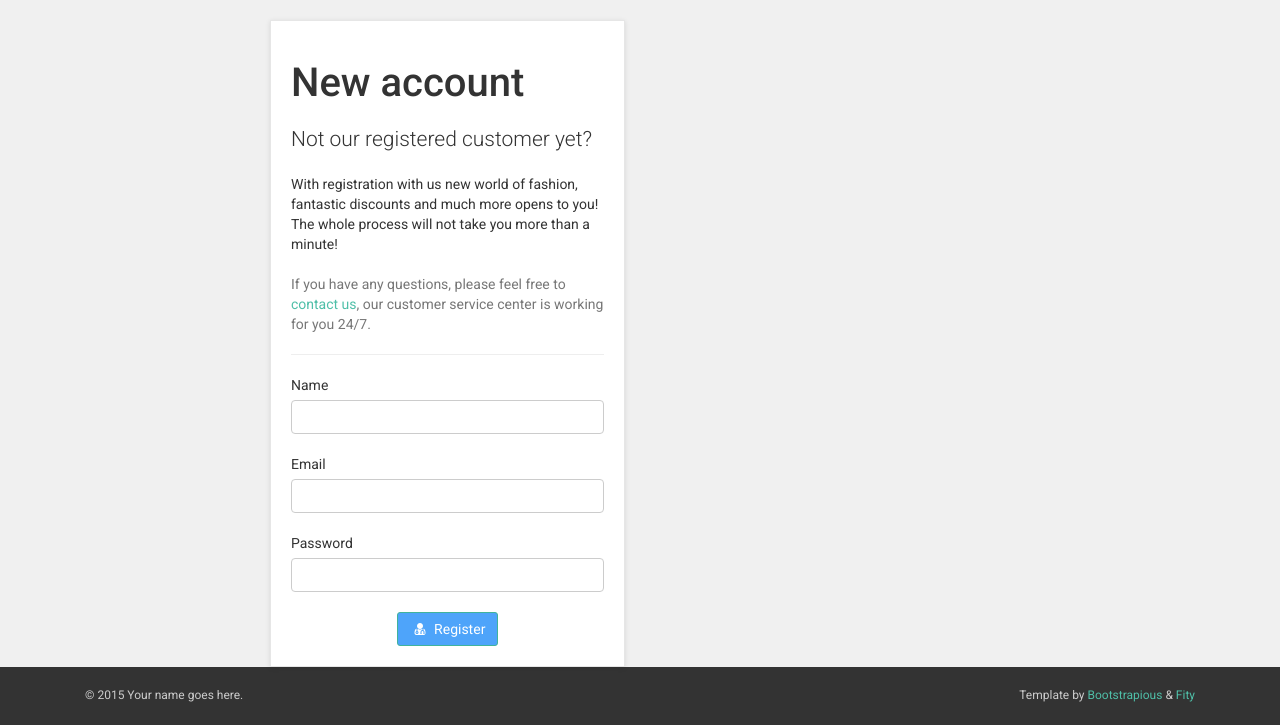
Repository: Sagnikb9/JavaDevops-Ecommerce
Page: http://localhost/MedioxyPharm/register
These files come from the project's save history. The page is drawn as it stood at one moment and after the next save; the edit follows.
The browser window is 1280 px wide. The pictures show the whole page.
The page is served by Tomcat 9. Other server files are loaded and not shown.

Above is the page before, as saved 2017-10-01 23:21:51.

### MedioxyPharm/src/main/webapp/WEB-INF/dispatcher-servlet.xml
<beans xmlns="http://www.springframework.org/schema/beans"
        xmlns:mvc="http://www.springframework.org/schema/mvc"
        xmlns:xsi="http://www.w3.org/2001/XMLSchema-instance"
        xmlns:context="http://www.springframework.org/schema/context"
        xsi:schemaLocation="
                http://www.springframework.org/schema/beans
                http://www.springframework.org/schema/beans/spring-beans.xsd
                http://www.springframework.org/schema/mvc
                http://www.springframework.org/schema/mvc/spring-mvc.xsd
                http://www.springframework.org/schema/context
                http://www.springframework.org/schema/context/spring-context.xsd">


        <mvc:annotation-driven enable-matrix-variables="true"/>
        <context:component-scan base-package="controller"/>

   <bean id="jspViewResolver" class="org.springframework.web.servlet.view.InternalResourceViewResolver">

        <property name="prefix" value="/WEB-INF/views/"/>
        <property name="suffix" value=".jsp"/>

   </bean>
   <mvc:default-servlet-handler />

</beans>

### MedioxyPharm/src/main/webapp/WEB-INF/views/register.jsp
<!DOCTYPE html>
<html lang="en">

<head>

    <meta charset="utf-8">
    <meta name="robots" content="all,follow">
    <meta name="googlebot" content="index,follow,snippet,archive">
    <meta name="viewport" content="width=device-width, initial-scale=1">
    <meta name="description" content="Obaju e-commerce template">
    <meta name="author" content="Ondrej Svestka | ondrejsvestka.cz">
    <meta name="keywords" content="">

    <title>
        MedioxyPharm
    </title>

    <meta name="keywords" content="">

    <link href='http://fonts.googleapis.com/css?family=Roboto:400,500,700,300,100' rel='stylesheet' type='text/css'>

    <!-- styles -->
    <link href="css/font-awesome.css" rel="stylesheet">
    <link href="css/bootstrap.min.css" rel="stylesheet">
    <link href="css/animate.min.css" rel="stylesheet">
    <link href="css/owl.carousel.css" rel="stylesheet">
    <link href="css/owl.theme.css" rel="stylesheet">

    <!-- theme stylesheet -->
    <link href="css/style.default.css" rel="stylesheet" id="theme-stylesheet">

    <!-- your stylesheet with modifications -->
    <link href="css/custom.css" rel="stylesheet">

    <script src="js/respond.min.js"></script>

    <link rel="shortcut icon" href="favicon.png">



</head>

<body>

<br>







    <!-- *** NAVBAR END *** -->

    <div id="all">

        <div id="content">
            <div class="container" style="width:800px; margin: 0 auto">


                <div class="col-md-6">
                    <div class="box">
                        <h1>New account</h1>

                        <p class="lead">Not our registered customer yet?</p>
                        <p>With registration with us new world of fashion, fantastic discounts and much more opens to you! The whole process will not take you more than a minute!</p>
                        <p class="text-muted">If you have any questions, please feel free to <a href="contact.html">contact us</a>, our customer service center is working for you 24/7.</p>

                        <hr>

                        <form action="customer-orders.html" method="post">
                            <div class="form-group">
                                <label for="name">Name</label>
                                <input type="text" class="form-control" id="name">
                            </div>
                            <div class="form-group">
                                <label for="email">Email</label>
                                <input type="text" class="form-control" id="email">
                            </div>
                            <div class="form-group">
                                <label for="password">Password</label>
                                <input type="password" class="form-control" id="password">
                            </div>
                            <div class="text-center">
                                <button type="submit" class="btn btn-primary"><i class="fa fa-user-md"></i> Register</button>
                            </div>
                        </form>
                    </div>
                </div>




            </div>
            <!-- /.container -->
        </div>
        <!-- /#content -->







        <!-- *** COPYRIGHT ***
 _________________________________________________________ -->
        <div id="copyright">
            <div class="container">
                <div class="col-md-6">
                    <p class="pull-left">© 2015 Your name goes here.</p>

                </div>
                <div class="col-md-6">
                    <p class="pull-right">Template by <a href="https://bootstrapious.com/e-commerce-templates">Bootstrapious</a> & <a href="https://fity.cz">Fity</a>
                         <!-- Not removing these links is part of the license conditions of the template. Thanks for understanding :) If you want to use the template without the attribution links, you can do so after supporting further themes development at https://bootstrapious.com/donate  -->
                    </p>
                </div>
            </div>
        </div>
        <!-- *** COPYRIGHT END *** -->



    </div>
    <!-- /#all -->




    <!-- *** SCRIPTS TO INCLUDE ***
 _________________________________________________________ -->
    <script src="js/jquery-1.11.0.min.js"></script>
    <script src="js/bootstrap.min.js"></script>
    <script src="js/jquery.cookie.js"></script>
    <script src="js/waypoints.min.js"></script>
    <script src="js/modernizr.js"></script>
    <script src="js/bootstrap-hover-dropdown.js"></script>
    <script src="js/owl.carousel.min.js"></script>
    <script src="js/front.js"></script>



</body>

</html>

Loaded but not shown: MedioxyPharm/src/main/webapp/css/font-awesome.css (library); MedioxyPharm/src/main/webapp/css/bootstrap.min.css (library); MedioxyPharm/src/main/webapp/css/animate.min.css (library); MedioxyPharm/src/main/webapp/css/owl.carousel.css (common file); MedioxyPharm/src/main/webapp/css/owl.theme.css (common file); MedioxyPharm/src/main/webapp/css/custom.css (common file); MedioxyPharm/src/main/webapp/js/respond.min.js (library); MedioxyPharm/src/main/webapp/js/jquery-1.11.0.min.js (library); MedioxyPharm/src/main/webapp/js/bootstrap.min.js (library); MedioxyPharm/src/main/webapp/js/jquery.cookie.js (library); MedioxyPharm/src/main/webapp/js/waypoints.min.js (library); MedioxyPharm/src/main/webapp/js/modernizr.js (library); MedioxyPharm/src/main/webapp/js/bootstrap-hover-dropdown.js (library); MedioxyPharm/src/main/webapp/js/owl.carousel.min.js (library); MedioxyPharm/src/main/webapp/js/front.js (237 lines, source omitted); MedioxyPharm/src/main/webapp/css/style.default.css (1677 lines, source omitted)

After the next save:
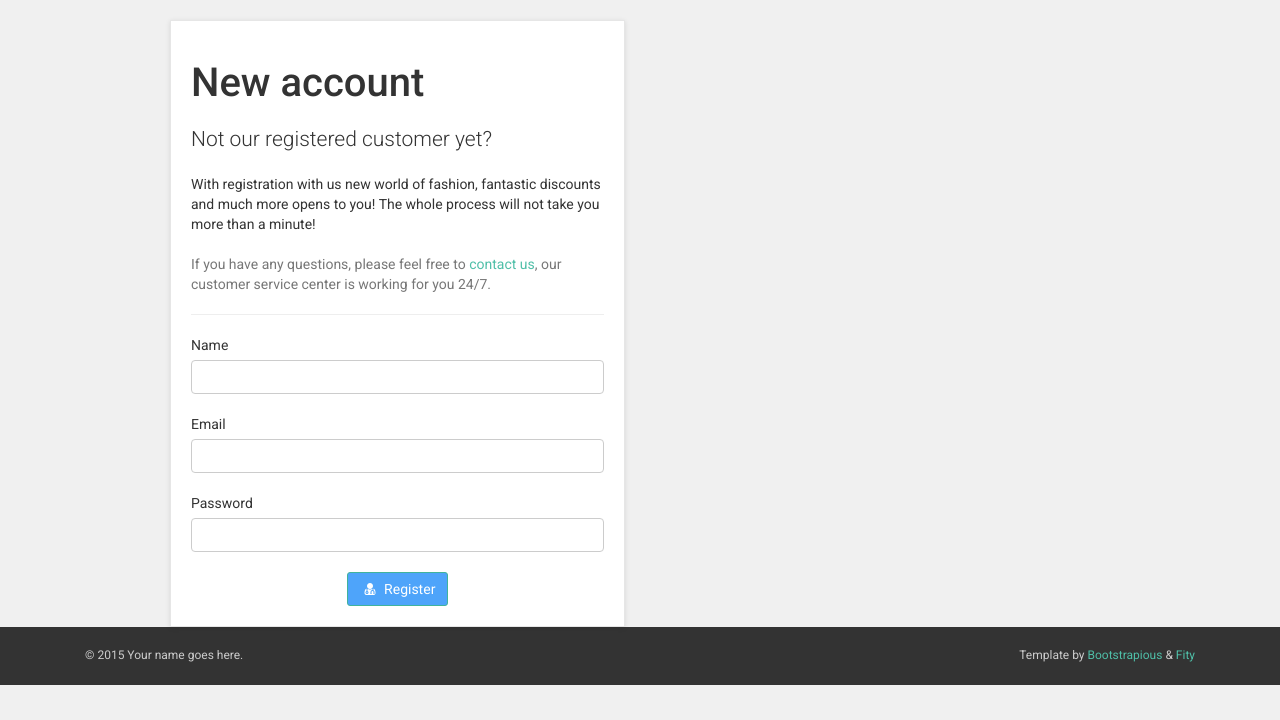
Saved 2 min 17 s later.
--- a/MedioxyPharm/src/main/webapp/WEB-INF/views/register.jsp
+++ b/MedioxyPharm/src/main/webapp/WEB-INF/views/register.jsp
@@ -55,7 +55,7 @@
     <div id="all">
 
         <div id="content">
-            <div class="container" style="width:800px; margin: 0 auto">
+            <div class="container" style="width:1000px; margin: 0 auto">
 
 
                 <div class="col-md-6">
